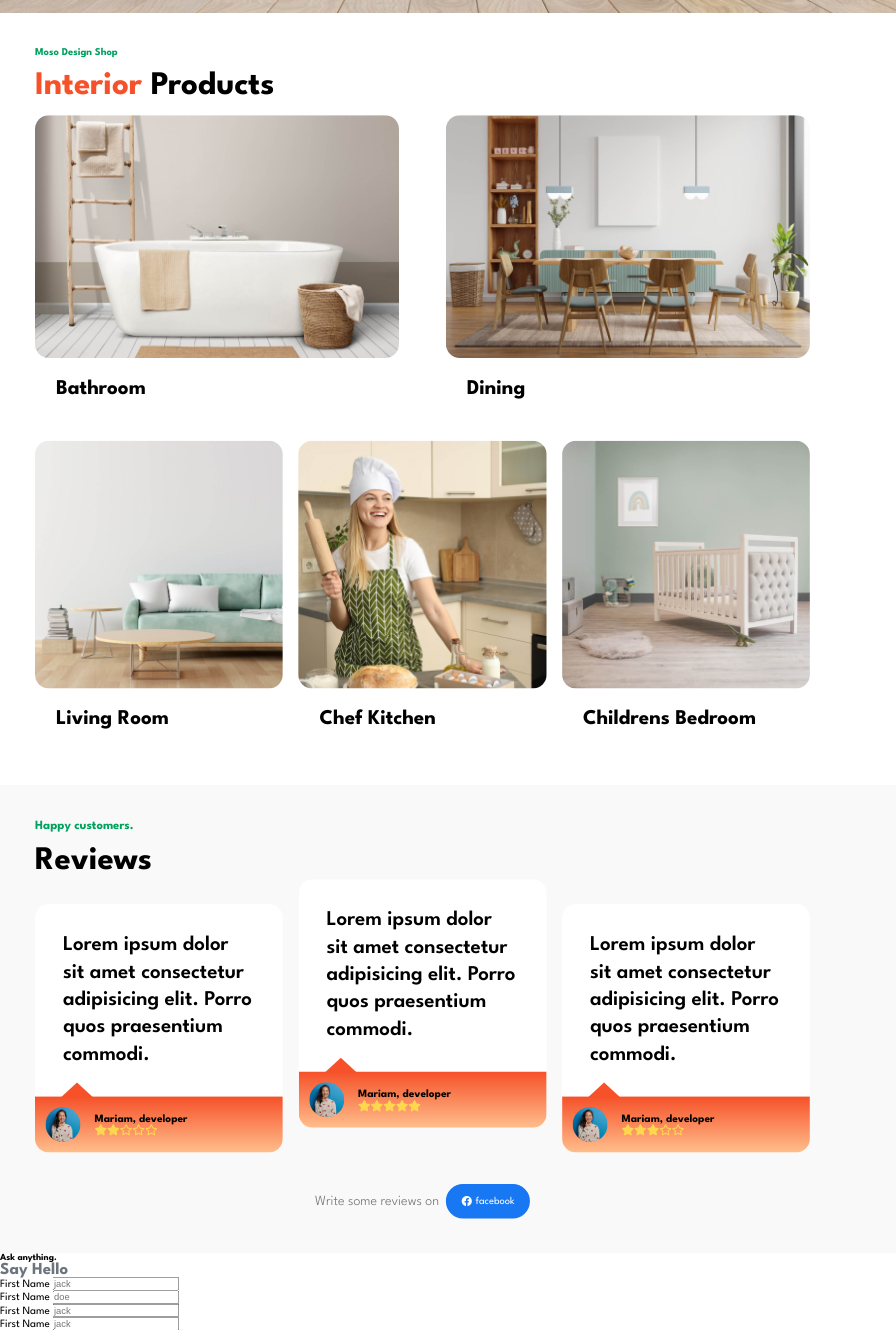
Repository: mariamnabil23/furniture
Page: index.html
An editor plug-in stored every save of this project. The page is shown before and after the next save, followed by the edit.
The browser window is 1280 px wide. The pictures show the part of the page from y = 2001 to 3921 px (the page is 3902 px tall before and 3921 px after), at 70% of full size.
Some web fonts or font styles are not loaded; a fallback is used.

Above is the page before, as saved 2024-10-31 11:12:51.

### index.html
<!DOCTYPE html>
<html lang="en">

<head>
    <meta charset="UTF-8">
    <meta name="viewport" content="width=device-width, initial-scale=1.0">
    <title>Furnture</title>

    <!-- font awesome -->
    <link rel="stylesheet" href="https://cdnjs.cloudflare.com/ajax/libs/font-awesome/6.0.0-beta3/css/all.min.css">

    <!-- google font -->
    <link rel="preconnect" href="https://fonts.googleapis.com">
    <link rel="preconnect" href="https://fonts.gstatic.com" crossorigin>
    <link
        href="https://fonts.googleapis.com/css2?family=Anton&family=DM+Sans:ital,opsz,wght@0,9..40,100..1000;1,9..40,100..1000&family=Inter:wght@100..900&family=Karla:ital,wght@0,200..800;1,200..800&family=League+Spartan:wght@100..900&family=Montserrat:ital,wght@0,100..900;1,100..900&family=Nunito:ital,wght@0,200..1000;1,200..1000&family=Playwrite+GB+S:ital,wght@0,100..400;1,100..400&family=Saira+Semi+Condensed:wght@100;200;300;400;500;600;700;800;900&family=Sorts+Mill+Goudy:ital@0;1&family=Tajawal:wght@200;300;400;500;700;800;900&family=Work+Sans:ital,wght@0,100..900;1,100..900&family=Yellowtail&family=Zen+Dots&display=swap"
        rel="stylesheet">


    <link rel="stylesheet" href="style.css">
</head>

<body>
    <div class="container">

        <!-- header section -->
        <section class="header">
            <div class="navbar">
                <div class="left">
                    <h2> <span class="y">Moso</span> Inter<span class="g">ior</span></h2>
                </div>
                <div class="right">
                    <ul>
                        <li><a href="#">Home</a></li>
                        <li><a href="#">About</a></li>
                        <li><a href="#">Shop</a></li>
                        <li><a href="#">Reviews</a></li>
                        <li><a href="#">Contact</a></li>
                    </ul>
                </div>
            </div>
        </section>

        <!-- home section -->
        <section class="home">
            <div class="content">
                <div class="top">
                    <h5>Welcome to Moso Interior</h5>
                    <i class="fas fa-home"></i>
                </div>
                <div class="middle">
                    <h1>Decorate a beautiful <br> interior for your space</h1>
                </div>
                <div class="bottom">
                    <div class="l">
                        <label>Product</label>
                        <input placeholder="bathroom, livin">
                    </div>
                    <div class="r">
                        <label>Product</label>
                        <input placeholder="bathroom, livin">
                    </div>
                    <div class="btn">
                        <button>Search</button>
                    </div>
                    <div class="down"><i class="fas fa-arrow"></i></div>
                </div>
            </div>
        </section>

        <!-- about section -->
        <section class="about">
            <div class="content">
                <div class="left">
                    <h5>Our Story</h5>
                    <h1>Introducing <span>Moso</span></h1>
                    <h2>Since 1986, We crafted <br> interior products for better <br> spaces</h2>
                    <p>Moso Interior is a free Bootstrap 5 HTML CSS template for your website. Tooplate is one of the
                        best websites to download 100% free HTML Templates for web designers and developers around the
                        world. Thank you for visiting.</p>
                </div>
                <div class="middle">
                    <img src="/images/about1.jpg">
                </div>
                <div class="right">
                    <img src="/images/about2.jpg">
                </div>
            </div>
        </section>

        <!-- open section -->
        <section class="open">
            <div class="content">
                <h1>Opening Hours</h1>
                <div class="box">
                    <i class="fa-regular fa-clock"></i>
                    <div class="hours">
                        <div><span class="day">Mon - Friday ~</span> <span class="clock">8:00 AM - 6:00 PM</span></div>
                        <div class="s"><span class="day">Saturday ~</span> <span class="clock">10:00 AM - 10:00 PM</span></div>
                        <div><span class="day">Sunday ~ Closed</span></div>
                    </div>
                </div>
            </div>
        </section>

        <!-- products section -->
        <section class="products">
            <div class="content">
                <div class="top">
                    <h5>Moso Design Shop</h5>
                    <h2> <span class="r">Interior</span> Products</h2>
                </div>
                <div class="box-two">
                    <div class="b1">
                        <img src="/images/p1.jpg" >
                        <h3>Bathroom</h3>
                    </div>
                    <div class="b2">
                        <img src="/images/p2.jpg" >
                        <h3>Dining</h3>
                    </div>
                </div>
                <div class="box-three">
                    <div class="b3">
                        <img src="/images/p3.jpg" >
                        <h3>Living Room</h3>
                    </div>
                    <div class="b4">
                        <img src="/images/p4.jpg" >
                        <h3>Chef Kitchen</h3>
                    </div>
                    <div class="b5">
                        <img src="/images/p5.jpg" >
                        <h3>Childrens Bedroom</h3>
                    </div>
                </div>
            </div>
        </section>

        <!-- reviews section -->
        <section class="reviews">
            <div class="content">
                <div class="top">
                    <h5>Happy customers.</h5>
                    <h2>Reviews</h2>
                </div>
                <div class="container">
                    <div class="box">
                        <h2>Lorem ipsum dolor sit amet consectetur adipisicing elit. Porro quos praesentium commodi.</h2>
                        <div class="btm">
                            <img src="/images/person1.jpg" >
                            <div class="rating">
                                <h4>Mariam, developer</h4>
                                <div class="stars">
                                    <i class="fa-solid fa-star"></i>
                                    <i class="fa-solid fa-star"></i>
                                    <i class="fa-regular fa-star"></i>
                                    <i class="fa-regular fa-star"></i>
                                    <i class="fa-regular fa-star"></i>
                                </div>
                            </div>
                        </div>
                    </div>
                    <div class="box">
                        <h2>Lorem ipsum dolor sit amet consectetur adipisicing elit. Porro quos praesentium commodi.</h2>
                        <div class="btm">
                            <img src="/images/person1.jpg" >
                            <div class="rating">
                                <h4>Mariam, developer</h4>
                                <div  class="stars">
                                    <i class="fa-solid fa-star"></i>
                                    <i class="fa-solid fa-star"></i>
                                    <i class="fa-solid fa-star"></i>
                                    <i class="fa-solid fa-star"></i>
                                    <i class="fa-solid fa-star"></i>
                                </div>
                            </div>
                        </div>
                    </div>
                    <div class="box">
                        <h2>Lorem ipsum dolor sit amet consectetur adipisicing elit. Porro quos praesentium commodi.</h2>
                        <div class="btm">
                            <img src="/images/person1.jpg" >
                            <div class="rating">
                                <h4>Mariam, developer</h4>
                                <div  class="stars">
                                    <i class="fa-solid fa-star"></i>
                                    <i class="fa-solid fa-star"></i>
                                    <i class="fa-solid fa-star"></i>
                                    <i class="fa-regular fa-star"></i>
                                    <i class="fa-regular fa-star"></i>
                                </div>
                            </div>
                    </div>
                    </div>
                </div>
                <div class="bottom">
                    <p>Write some reviews on</p>
                    <a href="#" class="box-btn"> <i class="fa-brands fa-facebook"></i> facebook </a>
                </div>
            </div>
        </section>

        <!-- contact section -->
        <section>
            <div class="content">
                <div class="top">
                    <h5>Ask anything.</h5>
                    <h2>Say Hello</h2>
                </div>
                <div class="left">
                    <form>
                        <div>
                            <label>First Name</label>
                            <input type="text" placeholder="jack">
                        </div>
                        <div>
                            <label>First Name</label>
                            <input type="text" placeholder="doe">
                        </div>
                        <div>
                            <label>First Name</label>
                            <input type="text" placeholder="jack">
                        </div>
                        <div>
                            <label>First Name</label>
                            <input type="text" placeholder="jack">
                        </div>
                    </form>
                </div>
                <div class="right">

                </div>
            </div>
        </section>

    </div>
</body>

</html>

### style.css
@import url('https://fonts.googleapis.com/css2?family=Anton&family=DM+Sans:ital,opsz,wght@0,9..40,100..1000;1,9..40,100..1000&family=Inter:wght@100..900&family=Karla:ital,wght@0,200..800;1,200..800&family=League+Spartan:wght@100..900&family=Montserrat:ital,wght@0,100..900;1,100..900&family=Nunito:ital,wght@0,200..1000;1,200..1000&family=Playwrite+GB+S:ital,wght@0,100..400;1,100..400&family=Saira+Semi+Condensed:wght@100;200;300;400;500;600;700;800;900&family=Sorts+Mill+Goudy:ital@0;1&family=Tajawal:wght@200;300;400;500;700;800;900&family=Work+Sans:ital,wght@0,100..900;1,100..900&family=Yellowtail&family=Zen+Dots&display=swap');


* {
    box-sizing: border-box;
    padding: 0;
    margin: 0;
}

body {
    font-family: "League Spartan", sans-serif;
}

ul {
    list-style: none;
}

a {
    text-decoration: none;
}

.header {
    background-color: rgb(249, 251, 251);
    height: 70px;
    position: fixed;
    width: 100%;
}

.navbar {
    width: 90%;
    margin: auto;
}

.navbar .left {
    float: left;
    display: inline;
}

.navbar .left h2 {
    color: #f65129;
    font-size: 35px;
}

.navbar .left .y {
    color: #ffd74f;
}

.navbar .left .g {
    color: #00a05d;
}

.navbar .right {
    float: right;
    display: inline;
    width: 60%;
}

.navbar .right ul {
    display: flex;
    justify-content: space-between;

}

.navbar .right ul li a {
    color: #706f6f;
    font-size: 20px;
}

.navbar .right ul li a {
    background-color: #ffd74f;

}


/* home */
.home {
    width: 100%;
    height: 100vh;
    background-image: url("/images/home-bg-1.jpg");
    background-size: cover;
    display: flex;
    flex-direction: column;
    align-items: center;
    justify-content: center;
    align-items: center;
}

.home .content {
    display: flex;
    flex-direction: column;
    align-items: center;
    justify-content: center;
    align-items: center;
}

.home .top h5 {
    display: inline;
    color: #00a05d;
    font-size: 18px;
}

.home .top i {
    color: #f65129;
}

.home .middle h1 {
    color: white;
    font-size: 60px;
    margin: 20px 0;
    line-height: 1.2;
}

.home .bottom {
    background: white;
    border-radius: 15px;
    padding: 40px;
    display: flex;
}

.home .bottom .l,
.home .bottom .r {
    margin: auto;
}

.home .bottom .r,
.home .bottom .btn {
    padding-left: 10px;
}

.home .bottom button {
    background: #f65129;
    padding: 10px;
    color: white;
    border: none;
    border-radius: 5px;
}


/* about */

.about {}

.about .content {
    display: flex;
    justify-content: space-between;
    align-items: center;
    width: 90%;
    margin: 100px auto;
}

.about .left {
    width: 40%;
    height: 280px;
}

.about .left h5 {
    color: #00a05d;
    font-size: 18px;
}

.about .middle {
    width: 25%;
    height: 300px;
}

.about .middle img {
    width: 100%;
    height: 100%;
    object-fit: cover;
    border-radius: 100%;
}

.about .right {
    width: 30%;
    height: 380px;
}

.about .right img {
    width: 100%;
    height: 100%;
    object-fit: cover;
    border-radius: 100%;
}

.about .left h1,
h2 {
    color: #6c757d;
}

.about .left h1 {
    font-size: 50px;
    font-weight: 600;
}

.about .left h2 {
    font-size: 40px;
    font-weight: 500;
    margin: 20px 0;

}

.about .left span {
    color: black;
}

.about .left p {
    color: #717275;
    font-size: 16px;
    font-weight: 300;
    line-height: 1.5;
}

/* open */
.open {
    width: 100%;
    height: 100vh;
    background-image: url('/images/open-bg.jpg');
    background-size: cover;
    position: relative;

}

.open .content {
    background-color: #e9eaeb;
    border-top: 25px solid #f65129;
    border-radius: 20px;
    width: 35%;
    padding: 30px 50px;
    position: absolute;
    top: 50%;
    left: 30%;
    transform: translate(-50%, -50%);
}

.open h1 {
    font-size: 50px;
    font-weight: 600;
}

.open .box {
    display: flex;
    align-items: baseline;
    margin-top: 30px;
}

.open .box i {
    padding-right: 16px;
    font-size: 25px;
    color: #504f4f;
}

.open .box .day {
    color: #838383;
    font-size: 20px;
    font-weight: 400;
}

.open .box .clock {
    font-size: 20px;
    font-weight: 700;
    color: #4a4949;
}

.open .box .s {
    padding: 20px 0;
}


/* products */


.products {
    color: #00a05d;
    font-size: 18px;
    margin: 50px 0px 50px 50px;
}

.products .content {
    width: 90%;
}

.products .top {}

.products .top h2 {
    color: black;
    margin: 20px 0;
    font-size: 47px;
}

.products .top .r {
    color: #f65129;
}

.products .box-two,
.products .box-three {
    width: 100%;
    display: flex;
    justify-content: space-between;
}

.products .box-two .b1,
.products .box-two .b2 {
    width: 47%;
    border-radius: 20px;
    display: flex;
    flex-direction: column;
}

.products .box-two .b1 img,
.products .box-two .b2 img {
    object-fit: cover;
    width: 100%;
    height: 100%;
    border-radius: 20px;
}

.products .box-three {
    margin-top: 30px;
}

.products .box-three .b3,
.products .box-three .b4,
.products .box-three .b5 {
    width: 32%;
    border-radius: 20px;
    display: flex;
    flex-direction: column;
}

.products .box-three .b3 img,
.products .box-three .b4 img,
.products .box-three .b5 img {
    object-fit: cover;
    width: 100%;
    border-radius: 20px;
}

.products .box-two h3,
.products .box-three h3 {
    color: black;
    padding: 30px;
    font-size: 30px;
}

/* Reviews */
.reviews {
    padding: 50px 0px 50px 50px;
    background-color: #f9f9f9;
}

.reviews .content {
    width: 90%;
}

.reviews .top h5 {
    color: #00a05d;
    font-size: 18px;
}

.reviews .top h2 {
    color: black;
    margin: 20px 0;
    font-size: 47px;
}

.reviews .container {
    display: flex;
    justify-content: space-between;
    margin-top: 40px;
    position: relative;
}

.reviews .box {
    display: flex;
    flex-direction: column;
    width: 32%;
    background-color: white;
    border-radius: 20px;
    overflow: hidden;
}

.reviews .box:nth-child(2) {
    position: absolute;
    top: 40%;
    left: 50%;
    transform: translate(-50%, -50%);
}

.reviews .box h2 {
    color: black;
    font-size: 30px;
    font-weight: 600;
    line-height: 1.3;
    padding: 40px;
}

.reviews .box .btm {
    display: flex;
    align-items: center;
    padding-top: 20px;
    background: linear-gradient(180deg, rgba(246, 81, 41, 1) 0%, rgba(255, 190, 140, 1) 100%);
    padding: 15px;
    position: relative;
}

.reviews .box .btm::before {
    content: '';
    position: absolute;

    display: block;
    margin: auto;
    width: 0;
    height: 0;
    border-bottom: 22px solid rgba(246, 81, 41, 1);
    border-left: 24px solid transparent;
    border-right: 24px solid transparent;
    position: absolute;
    top: -20px;
    left: 36px;
}

.reviews .box .btm .rating {
    display: flex;
    flex-direction: column;
    padding-left: 20px;
}

.reviews .box .btm .stars {
    color: #ffd74f;
    display: flex;
}

.reviews img {
    width: 50px;
    height: 50px;
    border-radius: 50%;
    object-fit: cover;
}

.reviews .bottom,
.reviews .bottom .box-btn {
    display: flex;
    align-items: center;
    justify-content: center;
}

.reviews .bottom {
    margin-top: 45px;
}

.reviews .bottom p {
    color: #717275;
    font-size: 20px;
    font-weight: 300;
    padding-right: 10px;
}

.reviews .bottom .box-btn {
    background-color: #1877f2;
    color: white;
    padding: 6px;
    border-radius: 100px;
    border: none;
    padding: 15px 20px;
    font-size: 15px;
    font-weight: 400;
    border: 2px solid #1877f2
}

.reviews .bottom .box-btn:hover {
    background-color: white;
    color: #1877f2;
}

.reviews .bottom .box-btn i {
    padding-right: 5px;
}

After the next save:
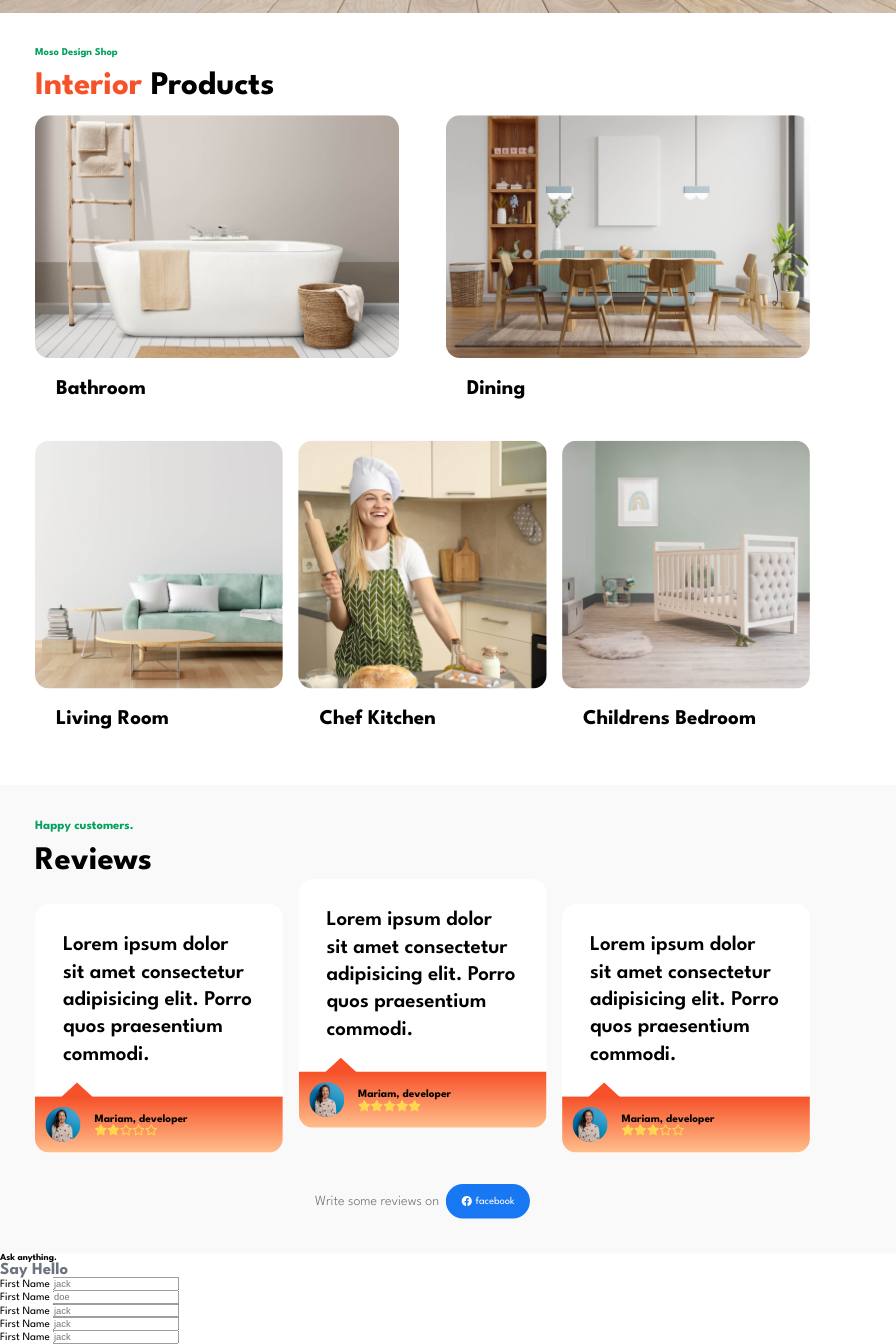
Saved 28 s later.
--- a/index.html
+++ b/index.html
@@ -226,6 +226,10 @@
                             <label>First Name</label>
                             <input type="text" placeholder="jack">
                         </div>
+                        <div>
+                            <label>First Name</label>
+                            <input type="text" placeholder="jack">
+                        </div>
                     </form>
                 </div>
                 <div class="right">
